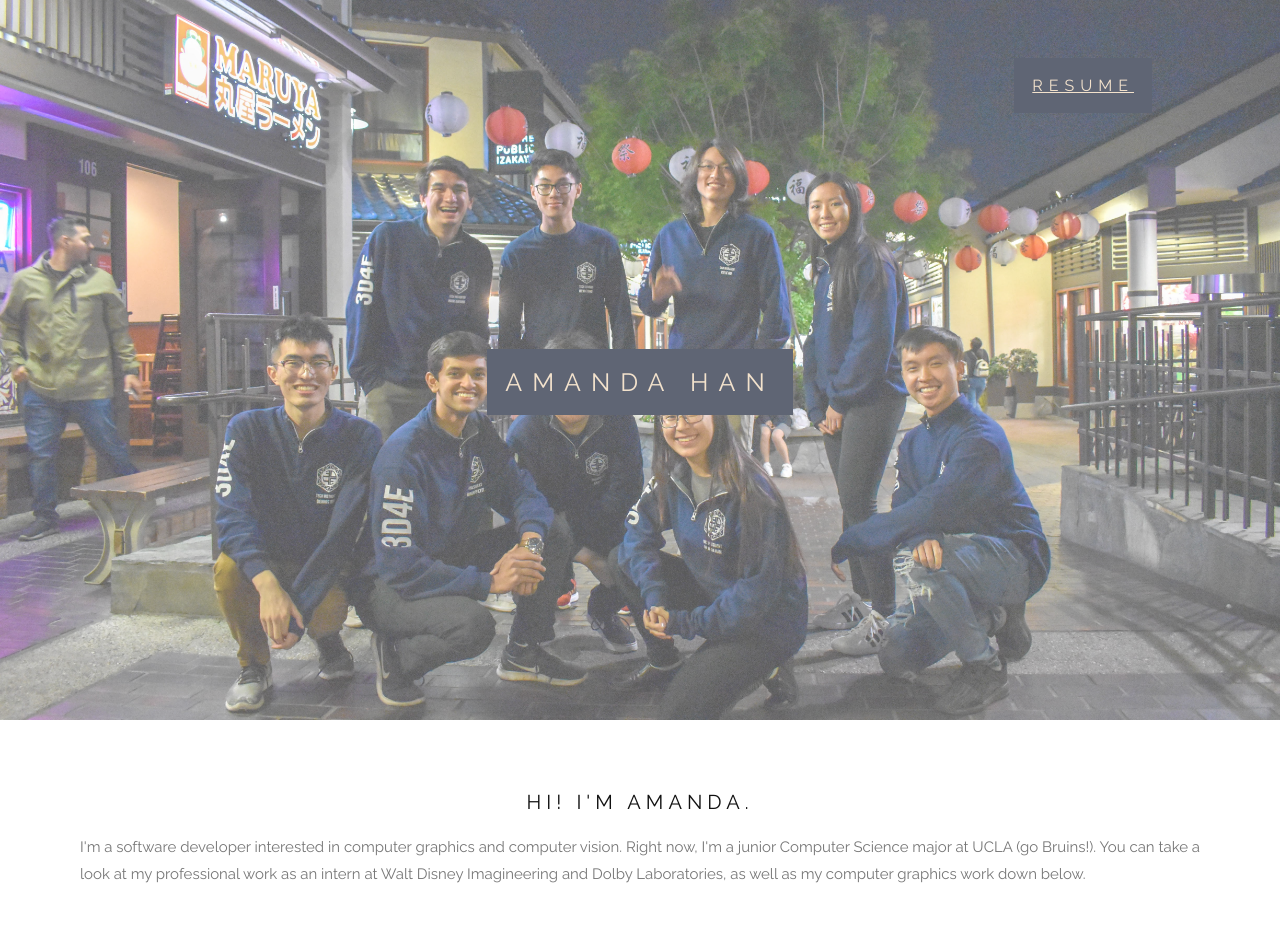
Repository: aliyuanh/me
Page: index.html
The author's editor kept a copy of each file at every save. The page is drawn from the files as they stood at one save, then again after the next save.
The browser window is 1280 px wide. The pictures show the part of the page from y = 0 to 952 px (the page is 2787 px tall).

Above is the page before, as saved 2020-09-17 12:21:11.

After the next save:
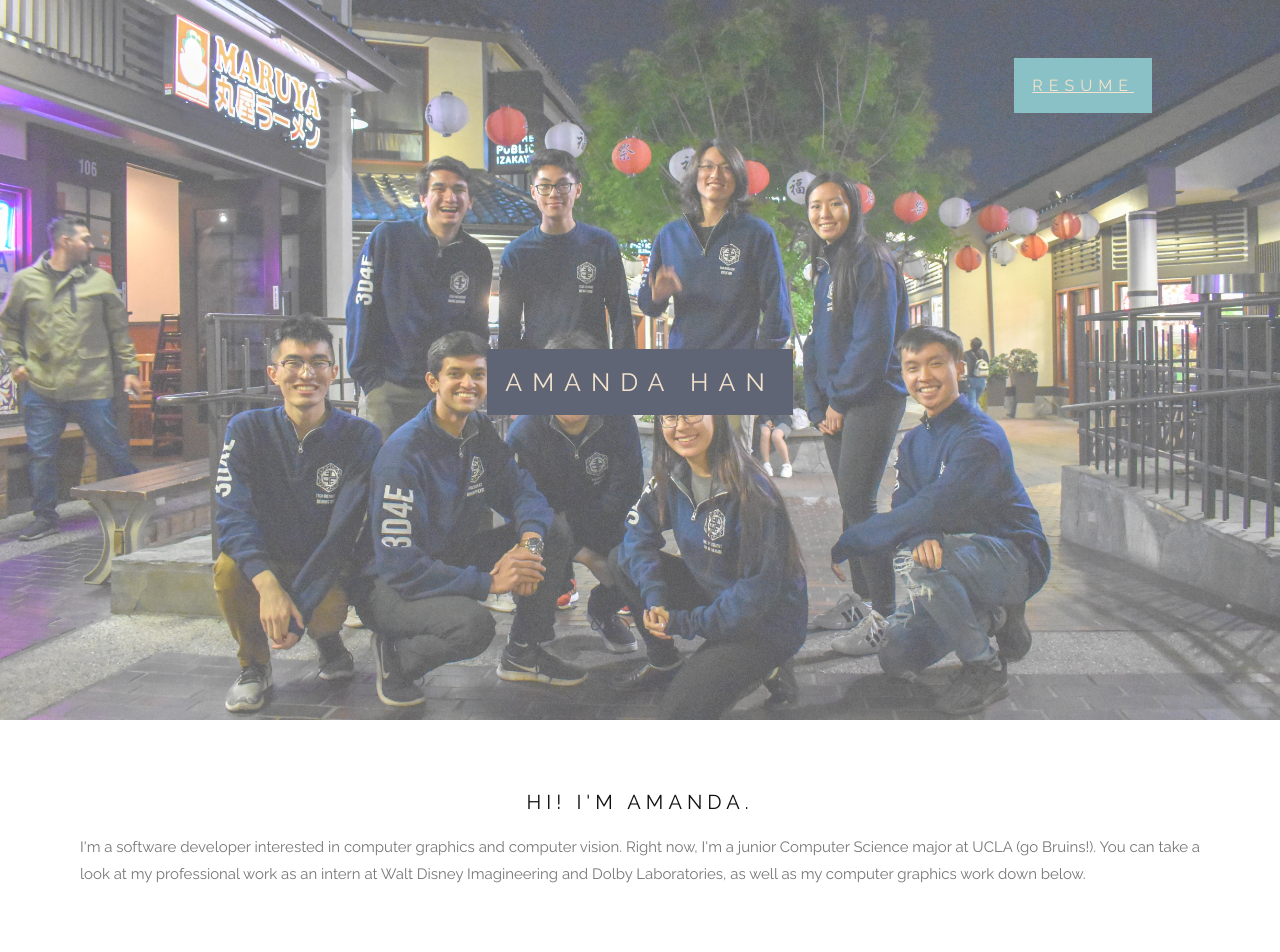
Saved 25 s later.
--- a/index.html
+++ b/index.html
@@ -82,7 +82,7 @@
         }
 
         .resumeButton {
-            background-color: var(--oxford-blue);
+            background-color: var(--cadet-blue);
             color: var(--wheat);
             padding: 18px;
             font-size: 16px;
